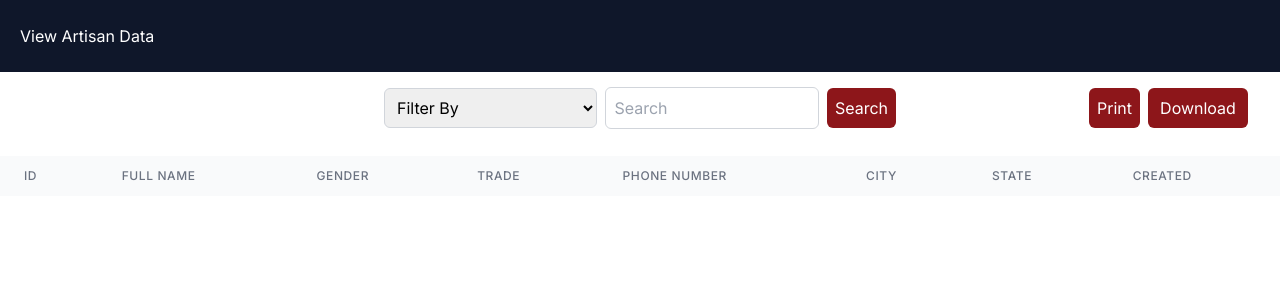
Repository: marcusdashe/artisanindex_frontend
Page: /components/ViewArtisanDataScreen
The author's editor kept a copy of each file at every save. The page is drawn from the files as they stood at one save, then again after the next save.
The browser window is 1280 px wide. The pictures show the whole page.
The page's requests for data from a server got no answer. The project was rebuilt for these pictures with package versions that can differ from the ones it lists, and the page was loaded fresh each time. The framework's server and built-in components were replaced by stand-ins that run in the browser. No one was signed in, and anything a server would have sent is missing. Also part of the build but not shown: next.config.js.

Above is the page before, as saved 2023-03-09 08:59:24.

### pages/_app.js
import "@/styles/globals.css";
import "core-js/stable";
import "regenerator-runtime/runtime";

export default function App({ Component, pageProps }) {
  return <Component {...pageProps} />;
}

### pages/_document.js
import { Html, Head, Main, NextScript } from "next/document";

export default function Document() {
  return (
    <Html lang="en">
      <Head>
        <link rel="preconnect" href="https://fonts.googleapis.com" />
        <link
          rel="preconnect"
          href="https://fonts.gstatic.com"
          crossOrigin="true"
        />
        <link
          href="https://fonts.googleapis.com/css2?family=Inter:wght@100;200;300;400;500;600&display=swap"
          rel="stylesheet"
        />
      </Head>
      <body>
        <Main />
        <NextScript />
      </body>
    </Html>
  );
}

### pages/components/ViewArtisanDataScreen.js
// import React, { useState } from "react";
// import axios from "axios";
// import ArtisanTable from "./ArtisanTable";

// function ViewArtisanDataScreen() {
//   const [selectedValue, setSelectedValue] = useState("");
//   const [searchInput, setSearchInput] = useState("");
//   const [artisans, setArtisans] = useState([]);

//   const options = [
//     { value: "trade", label: "Trade" },
//     { value: "phone", label: "Phone No." },
//     { value: "state", label: "State" },
//     { value: "gender", label: "Gender" },
//     { value: "fullname", label: "Full Name" },
//     { value: "city", label: "City" },
//   ];

//   const fetchAllArtisanEndpoint = `${process.env.NEXT_PUBLIC_BACKEND_BASE_URL}api/artisan/all`;
//   function handleSelectChange(event) {
//     setSelectedValue(event.target.value);
//   }

//   function handleSearchInputChange(event) {
//     setSearchInput(event.target.value);
//     switch (selectedValue) {
//       case "trade":
//         setArtisans(
//           artisans.filter((artisan) => artisan.trade === searchInput.trim())
//         );
//         break;
//       case "phone":
//         setArtisans(
//           artisans.filter((artisan) => artisan.phone === searchInput.trim())
//         );
//         break;
//       case "state":
//         setArtisans(
//           artisans.filter((artisan) => artisan.state === searchInput.trim())
//         );
//         break;
//       case "gender":
//         setArtisans(
//           artisans.filter((artisan) => artisan.gender === searchInput.trim())
//         );
//         break;
//       case "fullname":
//         setArtisans(
//           artisans.filter((artisan) => artisan.fullname === searchInput.trim())
//         );
//         break;
//       case "city":
//         setArtisans(
//           artisans.filter((artisan) => artisan.city === searchInput.trim())
//         );
//         break;
//       default:
//         console.log("Wrong Search keyword");
//     }
//   }

//   React.useMemo(() => {
//     axios
//       .get(fetchAllArtisanEndpoint)
//       .then((res) => {
//         console.log(res.data);
//         setArtisans(res.data);
//       })
//       .catch((err) => {
//         console.log(err);
//       });
//   }, []);

//   function fetchData() {
//     axios
//       .get(
//         `${process.env.NEXT_PUBLIC_BACKEND_BASE_URL}api/artisan/search?search=${searchInput}&filter=${selectedValue}`
//       )
//       .then((response) => {
//         // Handle the response data
//         setArtisans(response.data);
//         console.log(artisans);
//       })
//       .catch((error) => {
//         // Handle the error
//         console.error(error);
//       });
//   }

//   return (
//     <div className="w-full h-[100vh]">
//       <div className="w-full h-[10vh] bg-slate-900 flex items-center content-center justify-start p-4">
//         <h1 className="text-white">View Artisan Data</h1>
//       </div>
//       <div className="w-full h-[90vh] p-4 overflow-y-scroll overflow-x-hidden">
//         <input
//           type="text"
//           placeholder="Search.."
//           className="bg-slate-200 rounded-md p-3 w-full outline-none active:outline-none"
//           value={searchInput}
//           onChange={handleSearchInputChange}
//         />
//         <select
//           value={selectedValue}
//           onChange={handleSelectChange}
//           className="block w-full py-2 px-3 mt-2 border border-gray-300 rounded-md shadow-sm focus:outline-none focus:ring-[#8D161A] focus:border-[#8D161A] sm:text-sm"
//         >
//           <option value="">--Search by--</option>
//           {options.map((option, idx) => (
//             <option key={idx} value={option.value} className="text-gray-900">
//               {option.label}
//             </option>
//           ))}
//         </select>
//         <button
//           className="bg-[#8D161A] text-white rounded-md py-2 px-4 mt-4 hover:hover:bg-[#4a3e3e] duration-500 focus:outline-none focus:ring-2 focus:ring-blue-500"
//           onClick={fetchData}
//         >
//           Fetch Data
//         </button>
//         {artisans.length > 0 && <ArtisanTable data={artisans} />}
//       </div>
//     </div>
//   );
// }

// export default ViewArtisanDataScreen;

import React, { useState, useEffect } from "react";
import axios from "axios";
import FileSaver from "file-saver";
import ArtisanTable from "./ArtisanTable";

function ViewArtisanDataScreen() {
  const [selectedValue, setSelectedValue] = useState("");
  const [searchInput, setSearchInput] = useState("");
  const [artisans, setArtisans] = useState([]);

  const options = [
    { value: "trade", label: "Trade" },
    { value: "phone", label: "Phone No." },
    { value: "state", label: "State" },
    { value: "gender", label: "Gender" },
    { value: "fullname", label: "Name" },
    { value: "city", label: "City" },
  ];

  const fetchAllArtisanEndpoint = `${process.env.NEXT_PUBLIC_BACKEND_BASE_URL}api/artisan/all`;

  useEffect(() => {
    fetchData();
  }, [selectedValue, searchInput]);

  function handleSelectChange(event) {
    setSelectedValue(event.target.value);
  }

  function handleSearchInputChange(event) {
    setSearchInput(event.target.value);
  }

  const printPage = () => {
    window.print();
  };

  function fetchData() {
    const url =
      selectedValue && searchInput
        ? `${process.env.NEXT_PUBLIC_BACKEND_BASE_URL}api/artisan/search?search=${searchInput}&filter=${selectedValue}`
        : fetchAllArtisanEndpoint;

    axios
      .get(url)
      .then((response) => {
        setArtisans(response.data.reverse());
        console.log(response.data);
      })
      .catch((error) => {
        console.error(error);
      });
  }

  function downloadArtisan() {
    const url =
      selectedValue &&
      searchInput &&
      `${process.env.NEXT_PUBLIC_BACKEND_BASE_URL}api/artisan/spreadsheet/search?search=${searchInput}&filter=${selectedValue}`;

    axios
      .get(url, { responseType: "blob" })
      .then((response) => {
        let file = new Blob([response.data], {
          type: "application/vnd.ms-excel",
        });
        FileSaver.saveAs(file, "filteredartisans.xlsx");
      })
      .catch((error) => {
        console.error(error);
      });
  }

  const handleClick = () => {
    downloadArtisan();
  };

  return (
    <div className="w-full h-[100vh]">
      <div className="w-full h-[10vh] bg-slate-900 flex items-center content-center justify-start text-white p-5">
        View Artisan Data
      </div>
      <div className="w-full h-[10vh] bg-white flex items-center justify-center">
        <div className="w-[80%] md:w-[60%] lg:w-[40%] flex items-center justify-between">
          <select
            className="w-full p-2 border rounded-md border-gray-300"
            onChange={handleSelectChange}
            value={selectedValue}
          >
            <option value="" disabled selected>
              Filter By
            </option>
            {options.map((option) => (
              <option key={option.value} value={option.value}>
                {option.label}
              </option>
            ))}
          </select>
          <input
            className="w-full p-2 border rounded-md border-gray-300 ml-2"
            type="text"
            placeholder="Search"
            value={searchInput}
            onChange={handleSearchInputChange}
          />
          <button
            className="p-2 bg-[#8D161A] text-white rounded-md ml-2"
            onClick={fetchData}
          >
            Search
          </button>
          <div className="flex flex-row fixed right-8">
            <button
              className="p-2 bg-[#8D161A] text-white rounded-md ml-2"
              onClick={printPage}
            >
              Print
            </button>
            <button
              onClick={handleClick}
              className="p-2 bg-[#8D161A] text-white rounded-md ml-2 w-[100px]"
            >
              Download
            </button>
          </div>
        </div>
      </div>
      <div className="w-full h-[80vh] overflow-scroll">
        <ArtisanTable artisans={artisans} />
      </div>
    </div>
  );
}

export default ViewArtisanDataScreen;

### styles/globals.css
@tailwind base;
@tailwind components;
@tailwind utilities;

@layer base {
  html {
    font-family: "Inter", sans-serif;
  }
}

### pages/components/ArtisanTable.js
import React from "react";

const ArtisanTable = ({ artisans }) => {
  return (
    <table className="min-w-full divide-y divide-gray-200 mt-3">
      <thead className="bg-gray-50">
        <tr>
          <th className="px-6 py-3 text-left text-xs font-medium text-gray-500 uppercase tracking-wider">
            ID
          </th>
          <th className="px-6 py-3 text-left text-xs font-medium text-gray-500 uppercase tracking-wider">
            Full Name
          </th>
          <th className="px-6 py-3 text-left text-xs font-medium text-gray-500 uppercase tracking-wider">
            Gender
          </th>
          <th className="px-6 py-3 text-left text-xs font-medium text-gray-500 uppercase tracking-wider">
            Trade
          </th>
          <th className="px-6 py-3 text-left text-xs font-medium text-gray-500 uppercase tracking-wider">
            Phone Number
          </th>
          <th className="px-6 py-3 text-left text-xs font-medium text-gray-500 uppercase tracking-wider">
            City
          </th>
          <th className="px-6 py-3 text-left text-xs font-medium text-gray-500 uppercase tracking-wider">
            State
          </th>
          <th className="px-6 py-3 text-left text-xs font-medium text-gray-500 uppercase tracking-wider">
            Created
          </th>
        </tr>
      </thead>
      <tbody className="bg-white divide-y divide-gray-200">
        {artisans.map((item) => (
          <tr key={item.id}>
            <td className="px-6 py-4 whitespace-nowrap">{item.id}</td>
            <td className="px-6 py-4 whitespace-nowrap">{item.fullName}</td>
            <td className="px-6 py-4 whitespace-nowrap">{item.gender}</td>
            <td className="px-6 py-4 whitespace-nowrap">{item.trade}</td>
            <td className="px-6 py-4 whitespace-nowrap">{item.phoneNumber}</td>
            <td className="px-6 py-4 whitespace-nowrap">{item.city}</td>
            <td className="px-6 py-4 whitespace-nowrap">{item.state}</td>
            <td className="px-6 py-4 whitespace-nowrap">
              {new Date(item.created).toUTCString().substring(0, 16)}
            </td>
          </tr>
        ))}
      </tbody>
    </table>
  );
};

export default ArtisanTable;

### tailwind.config.js
/** @type {import('tailwindcss').Config} */

module.exports = {
  content: [
    "./pages/**/*.{js,ts,jsx,tsx}",
    "./components/**/*.{js,ts,jsx,tsx}",
  ],
  theme: {
    extend: {},
  },
  plugins: [],
};

After the next save:
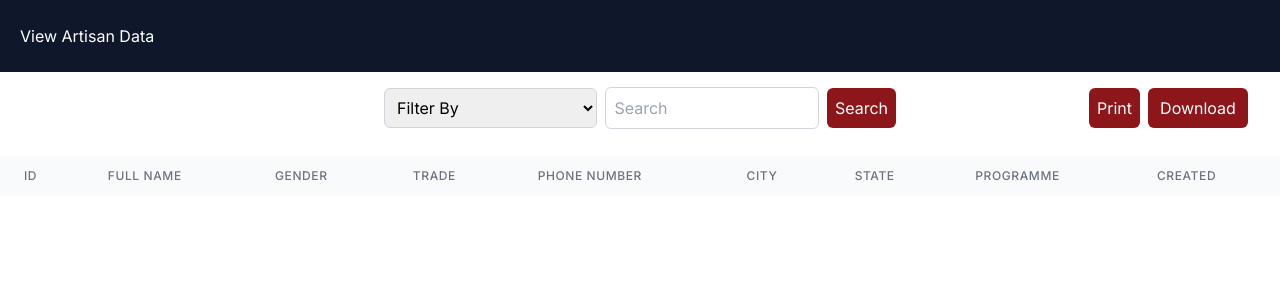
Saved 28 min 39 s later.
--- a/pages/components/ArtisanTable.js
+++ b/pages/components/ArtisanTable.js
@@ -27,6 +27,9 @@ const ArtisanTable = ({ artisans }) => {
             State
           </th>
           <th className="px-6 py-3 text-left text-xs font-medium text-gray-500 uppercase tracking-wider">
+            Programme
+          </th>
+          <th className="px-6 py-3 text-left text-xs font-medium text-gray-500 uppercase tracking-wider">
             Created
           </th>
         </tr>
@@ -41,6 +44,7 @@ const ArtisanTable = ({ artisans }) => {
             <td className="px-6 py-4 whitespace-nowrap">{item.phoneNumber}</td>
             <td className="px-6 py-4 whitespace-nowrap">{item.city}</td>
             <td className="px-6 py-4 whitespace-nowrap">{item.state}</td>
+            <td className="px-6 py-4 whitespace-nowrap">{item.programme}</td>
             <td className="px-6 py-4 whitespace-nowrap">
               {new Date(item.created).toUTCString().substring(0, 16)}
             </td>
